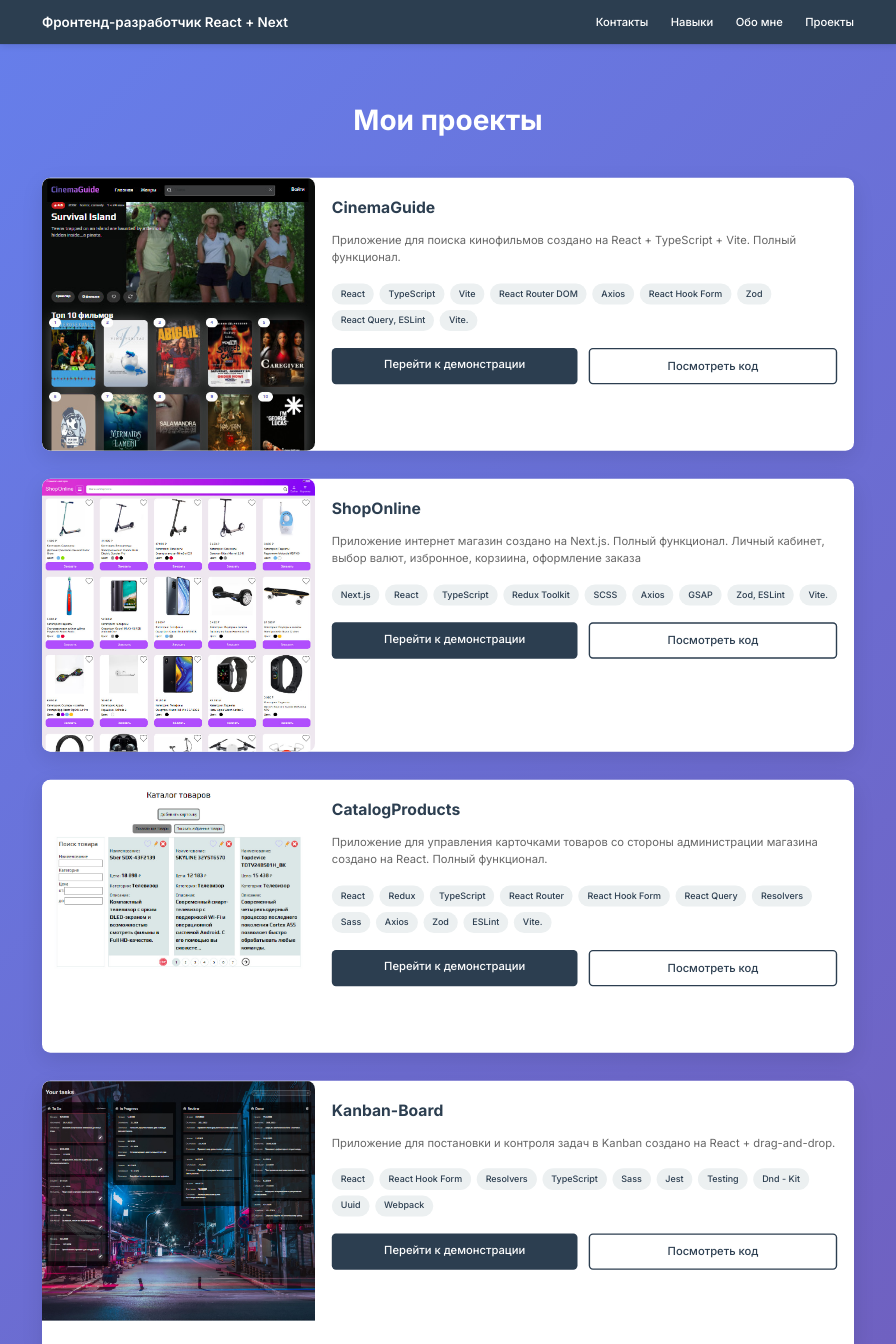
Repository: RostislavZeberg/resume-app
Page: /
These files come from the project's save history. The page is drawn as it stood at one moment and after the next save; the edit follows.
The browser window is 1280 px wide. The pictures show the part of the page from y = 0 to 1920 px (the page is 6826 px tall before and 6719 px after), at 70% of full size.
The project was rebuilt for these pictures with package versions that can differ from the ones it lists, and the page was loaded fresh each time. The framework's server and built-in components were replaced by stand-ins that run in the browser. Also part of the build but not shown: next.config.ts.

Above is the page before, as saved 2025-09-21 15:47:39.

After the next save:
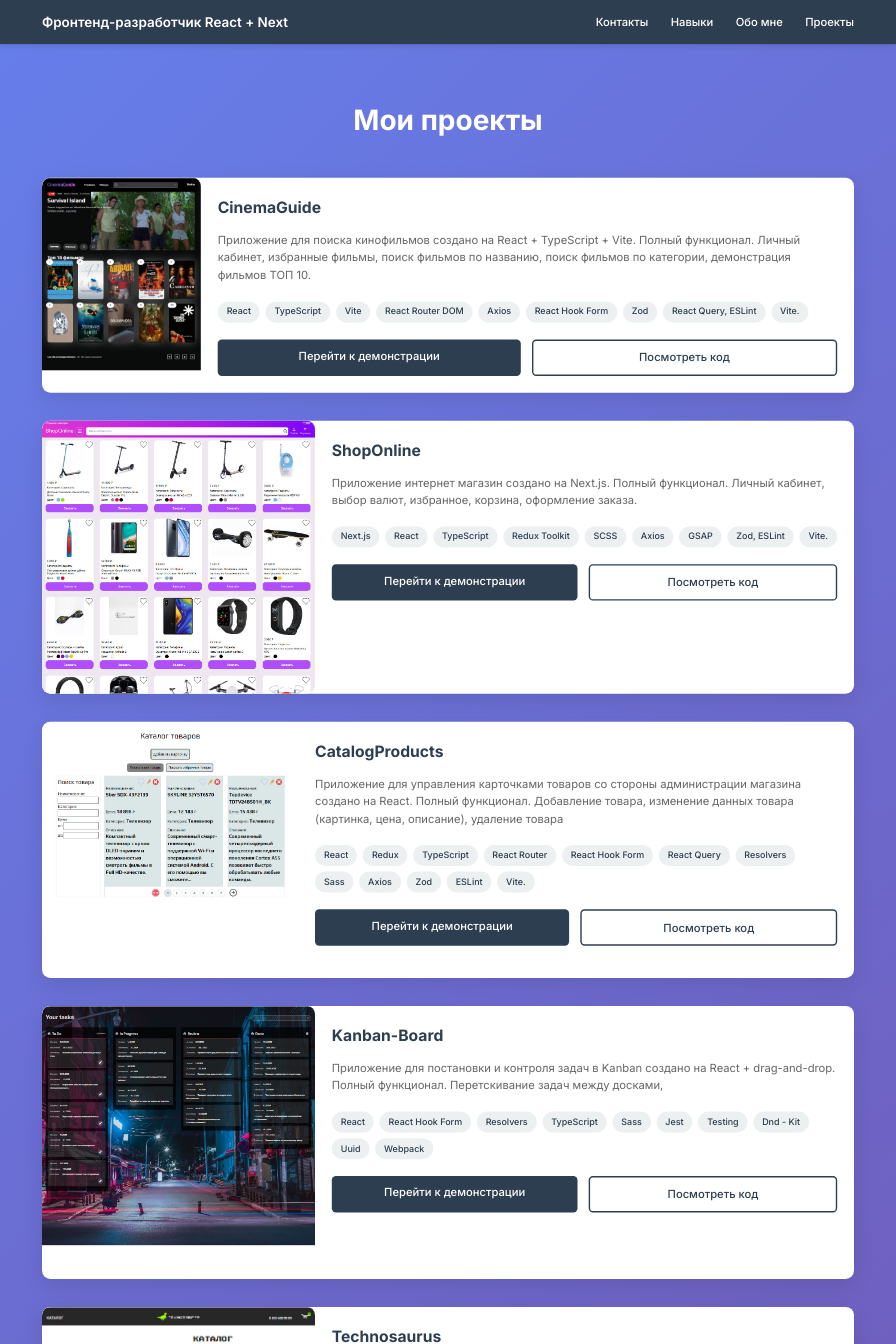
Saved 4 min 30 s later.
--- a/info/projects.ts
+++ b/info/projects.ts
@@ -1,21 +1,21 @@
 export const projects = [
   {
     name: 'CinemaGuide',
-    description: 'Приложение для поиска кинофильмов создано на React + TypeScript + Vite. Полный функционал.',
+    description: 'Приложение для поиска кинофильмов создано на React + TypeScript + Vite. Полный функционал. Личный кабинет, избранные фильмы, поиск фильмов по названию, поиск фильмов по категории, демонстрация фильмов ТОП 10.',
     demoLink: 'https://rostislavzeberg.github.io/CinemaGuide',
     codeLink: 'https://github.com/RostislavZeberg/CinemaGuide/tree/dev',
     technologies: ['React', 'TypeScript', 'Vite', 'React Router DOM', 'Axios', 'React Hook Form', 'Zod', 'React Query, ESLint', 'Vite.']
   },
   {
     name: 'ShopOnline',
-    description: 'Приложение интернет магазин создано на Next.js. Полный функционал. Личный кабинет, выбор валют, избронное, корзиина, оформление заказа',
+    description: 'Приложение интернет магазин создано на Next.js. Полный функционал. Личный кабинет, выбор валют, избранное, корзина, оформление заказа.',
     demoLink: 'https://shop-online-omega.vercel.app/',
     codeLink: 'https://github.com/RostislavZeberg/ShopOnline',
     technologies: ['Next.js', 'React', 'TypeScript', 'Redux Toolkit', 'SCSS', 'Axios', 'GSAP', 'Zod, ESLint', 'Vite.']
   },
   {
     name: 'CatalogProducts',
-    description: 'Приложение для управления карточками товаров со стороны администрации магазина создано на React. Полный функционал.',
+    description: 'Приложение для управления карточками товаров со стороны администрации магазина создано на React. Полный функционал. Добавление товара, изменение данных товара (картинка, цена, описание), удаление товара',
     demoLink: 'https://rostislavzeberg.github.io/CatalogProducts',
     codeLink: 'https://github.com/RostislavZeberg/CatalogProducts',
     technologies: ['React', 'Redux', 'TypeScript', 'React Router', 'React Hook Form', 'React Query', 'Resolvers', 'Sass', 'Axios', 'Zod',
@@ -23,21 +23,21 @@ export const projects = [
   },
   {
     name: 'Kanban-Board',
-    description: 'Приложение для постановки и контроля задач в Kanban создано на React + drag-and-drop.',
+    description: 'Приложение для постановки и контроля задач в Kanban создано на React + drag-and-drop. Полный функционал. Перетскивание задач между досками, ',
     demoLink: 'https://shop-online-omega.vercel.app/',
     codeLink: 'https://github.com/RostislavZeberg/ShopOnline',
     technologies: ['React', 'React Hook Form', 'Resolvers', 'TypeScript', 'Sass', 'Jest', 'Testing', 'Dnd - Kit', 'Uuid', 'Webpack']
   },
   {
     name: 'Technosaurus',
-    description: 'Приложение интернет магазин создано на Vue.',
+    description: 'Приложение интернет магазин создано на Vue. Полный функционал. Личный кабинет, избранное, корзина, оформление заказа.',
     demoLink: 'https://rostislavzeberg.github.io/Technosaurus/#/',
     codeLink: 'https://github.com/RostislavZeberg/Technosaurus',
     technologies: ['Vue', 'Vuex', 'Router', 'Core-js', 'JavaScript', 'REST API', 'Webpack (через Vue CLI)', 'Babel', 'ESLint']
   },
   {
     name: 'ShopMoire',
-    description: 'Приложение интернет магазин создано на Vue.',
+    description: 'Приложение интернет магазин создано на Vue. Полный функционал. Личный кабинет, избранное, корзина, оформление заказа.',
     demoLink: 'https://rostislavzeberg.github.io/ShopMoire/#/',
     codeLink: 'https://github.com/RostislavZeberg/ShopMoire',
     technologies: ['Vue', 'Vuex', 'Router', 'Core-js', 'JavaScript', 'REST API', 'Webpack (через Vue CLI)', 'Babel', 'ESLint']
